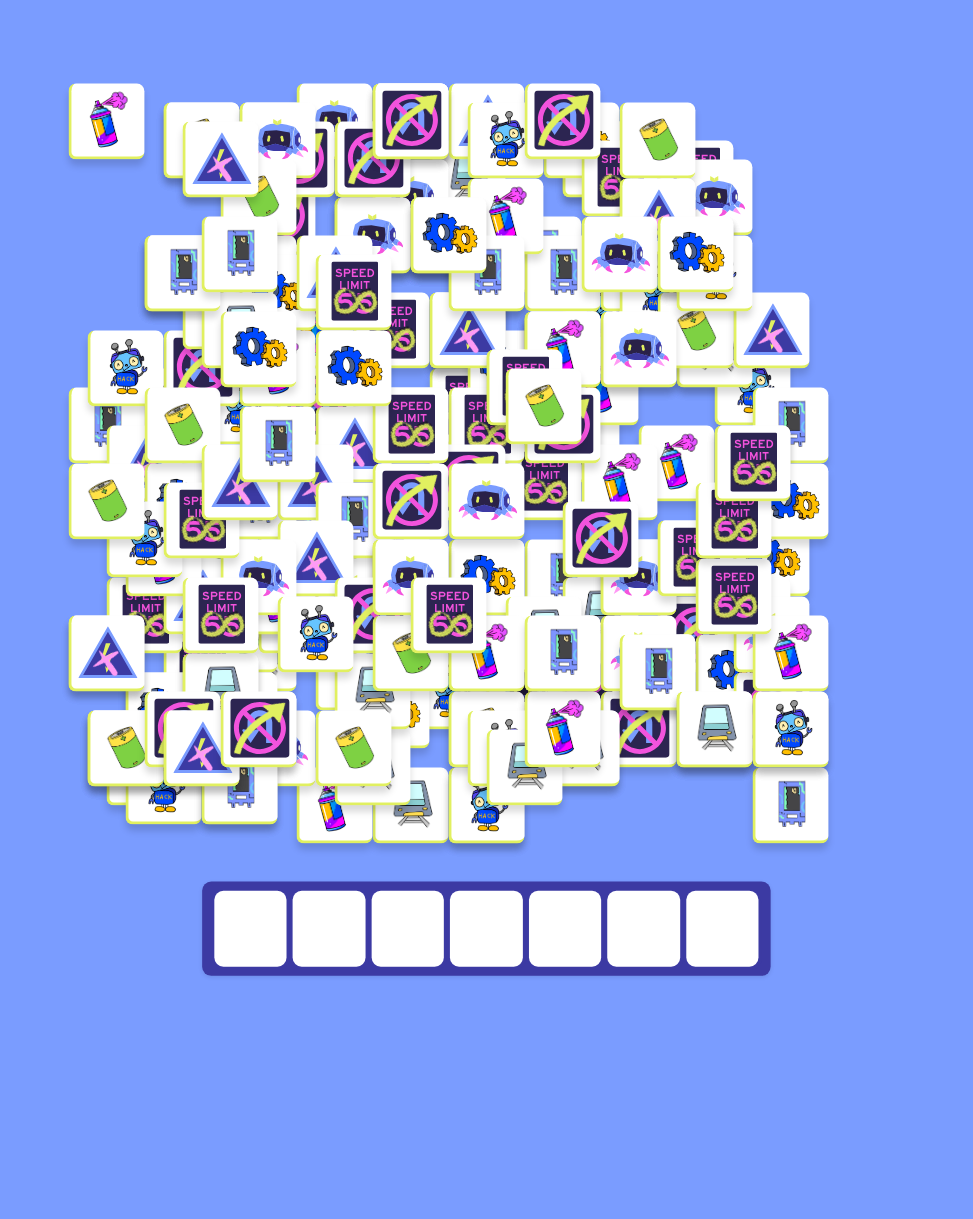
Repository: Avril-Cui/hack-puzzle
Page: / (app in client/)
The author's editor kept a copy of each file at every save. The page is drawn from the files as they stood at one save, then again after the next save.
The browser window is 1280 px wide. The pictures show the whole page, at 76% of full size.
The project was rebuilt for these pictures with package versions that can differ from the ones it lists, and the page was loaded fresh each time. The framework's server and built-in components were replaced by stand-ins that run in the browser. Also part of the build but not shown: client/next.config.ts.

Above is the page before, as saved 2025-06-11 20:15:47.

### client/app/page.tsx
import Game from "../components/Game";

export default function Home() {
  return (
    <div>
      <Game />
    </div>
  );
}

### client/app/globals.css
@import "tailwindcss";

:root {
  --background: #7A9CFF;
}

@theme inline {
  --color-background: var(--background);
  --color-foreground: var(--foreground);
  --font-sans: var(--font-geist-sans);
  --font-mono: var(--font-geist-mono);
}

@media (prefers-color-scheme: dark) {
  :root {
    --background: #7A9CFF;
  }
}

body {
  background: var(--background);
  color: var(--foreground);
  font-family: Arial, Helvetica, sans-serif;
}

### client/components/Game.tsx
"use client";
import React, { useEffect, useState } from "react";
import styles from "./Game.module.css";

interface Tile {
  id: string;
  x: number;
  y: number;
  z: number;
  status: number;
  isCover: boolean;
  iconName: string;
}

const CELL_SIZE = 100;
const ICONS = ["🍀", "🌈", "⚙️", "🐏", "🐯", "🐤", "📚", "🧠", "💻", "🐼"];

const PuzzleGame: React.FC = () => {
  const [tiles, setTiles] = useState<Tile[]>([]);
  const [queue, setQueue] = useState<Tile[]>([]);

  useEffect(() => {
    fetch("/scene.json")
      .then((res) => res.json())
      .then((data) => {
        setTiles(data);
      });
  }, []);

  const handleClick = (tile: Tile) => {
    if (tile.isCover || tile.status !== 0 || queue.length >= 7) return;

    const tileCopy = { ...tile, isCover: false }; // ensure isCover is false in queue

    setQueue((prev) => [...prev, tileCopy]);

    setTiles((prev) =>
      prev.map((t) => (t.id === tile.id ? { ...t, status: 1 } : t))
    );
  };

  const getEmoji = (iconName: string): string => {
    const index = parseInt(iconName.replace("icon_", ""));
    return ICONS[index] || "❓";
  };

  const getIconPath = (iconName: string): string => {
    const extMap: Record<string, string> = {
      icons0: "svg",
      icons1: "png",
      icons2: "png",
      icons3: "png",
      icons4: "svg",
      icons5: "jpg",
      icons6: "jpg",
      icons7: "jpg",
      icons8: "svg",
      icons9: "svg",
    };
    const ext = extMap[iconName] || "png";
    return `/icons/${iconName}.${ext}`;
  };

  return (
    <div className={styles.gameContainer}>
      <div className={styles.tileBoard}>
        {tiles.map((tile) => {
          const isCovered = tile.isCover || tile.status !== 0;

          return (
            <div
              key={tile.id}
              className={`${styles.tile} ${isCovered ? styles.inactive : ""}`}
              style={{
                left: tile.x,
                top: tile.y,
                zIndex: tile.z,
              }}
              onClick={() => {
                if (!isCovered && queue.length < 7) handleClick(tile);
              }}
            >
              <div className={styles.tileInner}>
                <img
                  src={getIconPath(tile.iconName)}
                  alt={tile.iconName}
                  className={styles.tileInner}
                />
              </div>
            </div>
          );
        })}
      </div>

      <div className={styles.queueBar}>
        {queue.map((tile) => (
          <div key={tile.id} className={styles.queueTile}>
            <img
              src={getIconPath(tile.iconName)}
              alt={tile.iconName}
              className={styles.tileInner}
              style={{ filter: "none", opacity: 1 }}
            />
          </div>
        ))}
        {Array.from({ length: 7 - queue.length }).map((_, i) => (
          <div key={`placeholder-${i}`} className={styles.queueTile} />
        ))}
      </div>
    </div>
  );
};

export default PuzzleGame;

### client/components/Game.module.css
.gameContainer {
  display: flex;
  flex-direction: column;
  align-items: center;
  margin-top: 10em;
  margin-bottom: 20em;
}

.tileBoard {
  position: relative;
  width: 1000px;
  height: 900px;
  background-color: transparent; /* remove green board background */
}

.tile {
  position: absolute;
  width: 100px;
  height: 100px;
  background: white;
  border-radius: 10px;
  font-size: 40px;
  border-left: 4px solid #e1f060;
  border-bottom: 4px solid #e1f060;
  display: flex;
  align-items: center;
  justify-content: center;
  transition: transform 0.2s ease, opacity 0.3s ease;
  box-shadow: 0 8px 10px rgba(0, 0, 0, 0.15);
  cursor: pointer;
}

.tileInner {
  width: 100%;
  height: 100%;
  display: flex;
  justify-content: center;
  align-items: center;
  overflow: hidden;
  padding: 5%; /* optional, for consistent inner margin */
}

.tileInner img {
  max-width: 100%;
  max-height: 100%;
  object-fit: contain;
  pointer-events: none;
}

.covered {
  background: #ccc;
  opacity: 0.4;
  pointer-events: none;
}

.queueBar {
  margin-top: 100px;
  display: flex;
  justify-content: center;
  gap: 12px;
  padding: 12px;
  background: #3c3aa3;
  border-radius: 10px;
  box-shadow: 0 2px 6px rgba(0, 0, 0, 0.1);
}

.queueBar {
  display: flex;
  justify-content: flex-start;
  gap: 8px;
  padding: 12px 16px;
  background-color: #3c3aa3;
  border-radius: 12px;
  width: calc((100px * 7) + (8px * 6)); /* = 748px */
  min-height: 100px; /* same as tile height */
}

.queueTile {
  width: 100px;
  height: 100px;
  background-color: white;
  border-radius: 12px;
  box-shadow: 4px 4px 0 #3c3aa3;
  display: flex;
  align-items: center;
  justify-content: center;
}

.queueTile img {
  width: 100%;
  height: 100%;
  object-fit: contain;
  padding: 8px;
}

.inactive {
  filter: grayscale(100%) brightness(70%);
  pointer-events: none;
}

Loaded but not shown: client/app/layout.tsx (common file); client/public/scene.json (2162 lines, source omitted)

After the next save:
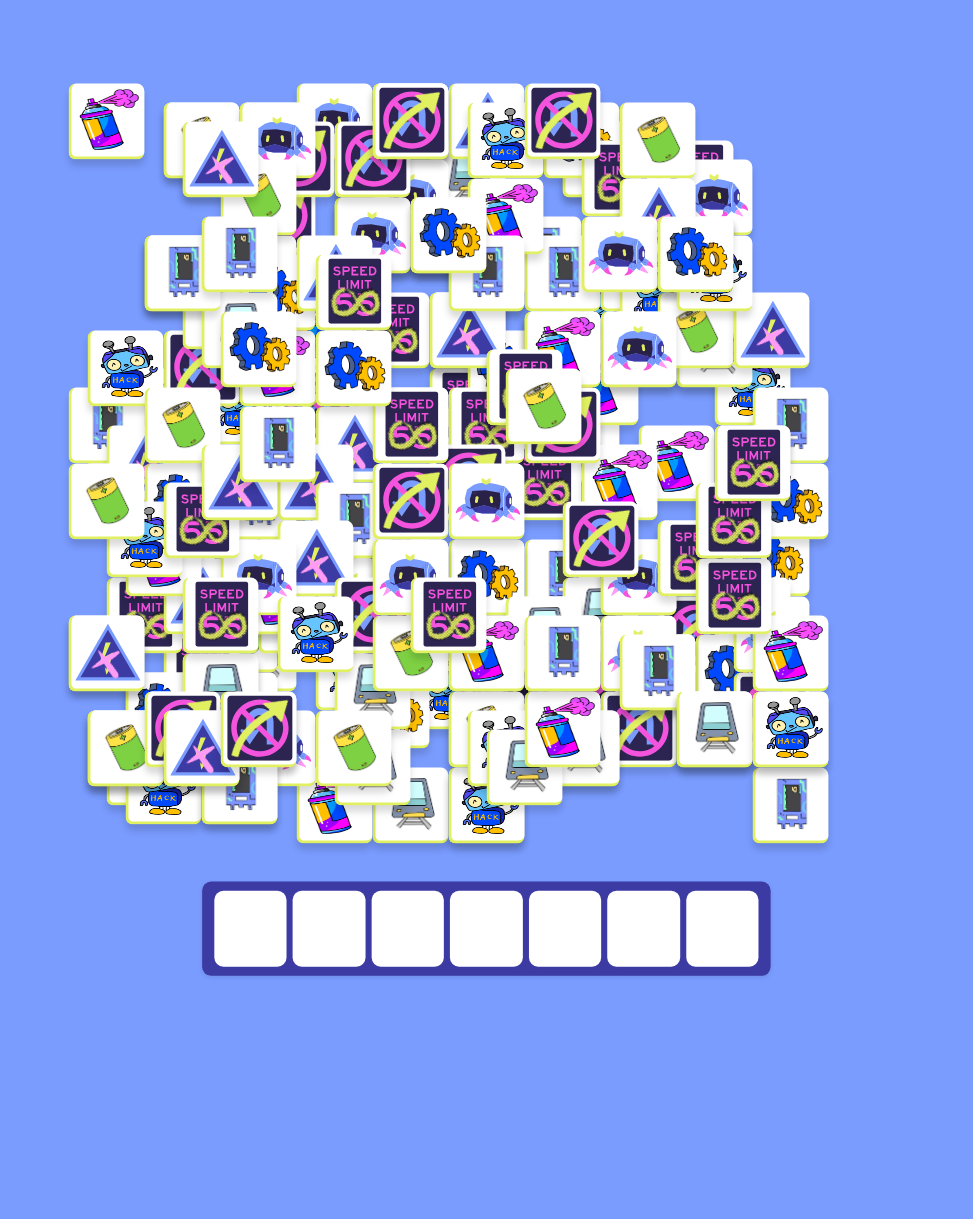
Saved 77 s later.
--- a/client/components/Game.tsx
+++ b/client/components/Game.tsx
@@ -7,13 +7,12 @@ interface Tile {
   x: number;
   y: number;
   z: number;
-  status: number;
-  isCover: boolean;
+  status: number;      // 0 = unpicked, 1 = picked
   iconName: string;
 }
 
-const CELL_SIZE = 100;
-const ICONS = ["🍀", "🌈", "⚙️", "🐏", "🐯", "🐤", "📚", "🧠", "💻", "🐼"];
+const CELL_SIZE = 100;  // your tile width/height in px
+const ICONS = ["🍀","🌈","⚙️","🐏","🐯","🐤","📚","🧠","💻","🐼"];
 
 const PuzzleGame: React.FC = () => {
   const [tiles, setTiles] = useState<Tile[]>([]);
@@ -21,90 +20,82 @@ const PuzzleGame: React.FC = () => {
 
   useEffect(() => {
     fetch("/scene.json")
-      .then((res) => res.json())
-      .then((data) => {
-        setTiles(data);
-      });
+      .then(res => res.json())
+      .then((data: Tile[]) => setTiles(data));
   }, []);
 
   const handleClick = (tile: Tile) => {
-    if (tile.isCover || tile.status !== 0 || queue.length >= 7) return;
-
-    const tileCopy = { ...tile, isCover: false }; // ensure isCover is false in queue
-
-    setQueue((prev) => [...prev, tileCopy]);
-
-    setTiles((prev) =>
-      prev.map((t) => (t.id === tile.id ? { ...t, status: 1 } : t))
+    if (queue.length >= 7) return;
+    // only clickable if not covered (we’ll guard in render as well)
+    setQueue(q => [...q, tile]);
+    setTiles(t =>
+      t.map(x => (x.id === tile.id ? { ...x, status: 1 } : x))
     );
   };
 
-  const getEmoji = (iconName: string): string => {
-    const index = parseInt(iconName.replace("icon_", ""));
-    return ICONS[index] || "❓";
+  // helper: does `tile` overlap any other, still-on-board tile with a higher z?
+  const isCovered = (tile: Tile) => {
+    return tiles.some(
+      other =>
+        other.id !== tile.id &&
+        other.status === 0 &&          // still on board
+        other.z > tile.z &&            // sits above
+        tile.x <  other.x + CELL_SIZE &&
+        tile.x + CELL_SIZE > other.x &&
+        tile.y <  other.y + CELL_SIZE &&
+        tile.y + CELL_SIZE > other.y
+    );
   };
 
-  const getIconPath = (iconName: string): string => {
+  const getIconPath = (iconName: string) => {
     const extMap: Record<string, string> = {
-      icons0: "svg",
-      icons1: "png",
-      icons2: "png",
-      icons3: "png",
-      icons4: "svg",
-      icons5: "jpg",
-      icons6: "jpg",
-      icons7: "jpg",
-      icons8: "svg",
-      icons9: "svg",
+      icons0: "svg", icons1: "png", icons2: "png", icons3: "png",
+      icons4: "svg", icons5: "jpg", icons6: "jpg", icons7: "jpg",
+      icons8: "svg", icons9: "svg",
     };
-    const ext = extMap[iconName] || "png";
-    return `/icons/${iconName}.${ext}`;
+    return `/icons/${iconName}.${extMap[iconName] || "png"}`;
   };
 
   return (
     <div className={styles.gameContainer}>
       <div className={styles.tileBoard}>
-        {tiles.map((tile) => {
-          const isCovered = tile.isCover || tile.status !== 0;
+        {tiles.map(tile => {
+          // now we grey out any tile that’s either picked (status!==0)
+          // OR actually covered by any other tile
+          const inactive = tile.status !== 0 || isCovered(tile);
 
           return (
             <div
               key={tile.id}
-              className={`${styles.tile} ${isCovered ? styles.inactive : ""}`}
-              style={{
-                left: tile.x,
-                top: tile.y,
-                zIndex: tile.z,
-              }}
+              className={`${styles.tile} ${inactive ? styles.inactive : ""}`}
+              style={{ left: tile.x, top: tile.y, zIndex: tile.z }}
               onClick={() => {
-                if (!isCovered && queue.length < 7) handleClick(tile);
+                if (!inactive && queue.length < 7) handleClick(tile);
               }}
             >
-              <div className={styles.tileInner}>
-                <img
-                  src={getIconPath(tile.iconName)}
-                  alt={tile.iconName}
-                  className={styles.tileInner}
-                />
-              </div>
+              <img
+                src={getIconPath(tile.iconName)}
+                alt={tile.iconName}
+                className={styles.tileInner}
+              />
             </div>
           );
         })}
       </div>
 
       <div className={styles.queueBar}>
-        {queue.map((tile) => (
-          <div key={tile.id} className={styles.queueTile}>
+        {queue.map(t => (
+          <div key={t.id} className={styles.queueTile}>
             <img
-              src={getIconPath(tile.iconName)}
-              alt={tile.iconName}
+              src={getIconPath(t.iconName)}
+              alt={t.iconName}
               className={styles.tileInner}
               style={{ filter: "none", opacity: 1 }}
             />
           </div>
         ))}
         {Array.from({ length: 7 - queue.length }).map((_, i) => (
-          <div key={`placeholder-${i}`} className={styles.queueTile} />
+          <div key={i} className={styles.queueTile} />
         ))}
       </div>
     </div>
